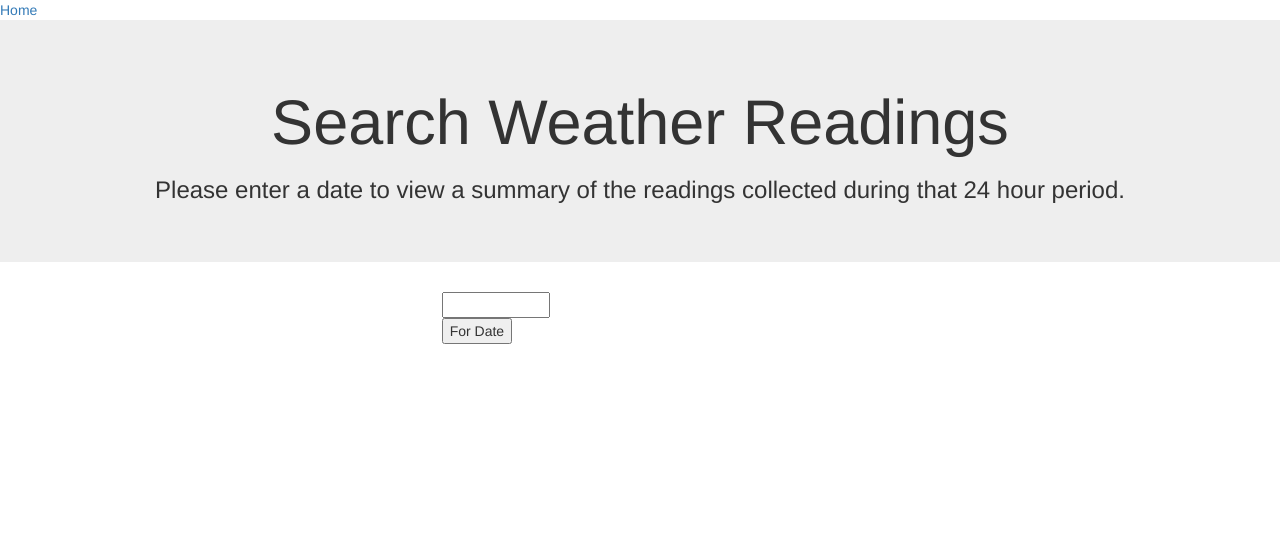
Repository: kralin27/ILC
Page: http://localhost/TESCWeather/WEB-INF/jsp/Search.jsp
The author's editor kept a copy of each file at every save. The page is drawn from the files as they stood at one save, then again after the next save.
The browser window is 1280 px wide. The pictures show the whole page.
The page is served by Tomcat 9. Nobody is signed in. Other server files are loaded and not shown. The template is opened directly, without the code that normally fills it, so the values that code supplies are empty.

Above is the page before, as saved 2016-12-13 02:33:59.

### TESCWeather/src/main/webapp/WEB-INF/jsp/Search.jsp
<%@ taglib prefix="c" uri="http://java.sun.com/jsp/jstl/core"%>
<%@ taglib prefix="spring" uri="http://www.springframework.org/tags"%>

<html>
<head lang="en">
     <head>
          <meta charset="utf-8">
          <meta http-equiv="X-UA-Compatible" content="IE=edge">
          <meta name="viewport" content="width=device-width, initial-scale=1">
    <title>Search</title>
        <link rel="stylesheet" href="https://maxcdn.bootstrapcdn.com/bootstrap/3.3.5/css/bootstrap.min.css">

</head>
<body>
		<a href=" <spring:url value="/" /> "> Home </a>

<div class="jumbotron">

                  <h1 align="center">Search Weather Readings</h2>
                  <h3 align="center">Please enter a date to view a summary of the readings collected during that 24 hour period.</h3>
</div>


<div class="col-md-4 col-md-offset-4">
	<form method="GET" action=" <spring:url value="/WeatherReadings/Date" />">
		<input type="text" name="date" size="10" >
		<p>
		<input type="submit" value="For Date">
	</form>

<%-- 	<form method="GET" action=" <spring:url value="/WeatherReadings/Measure/Rain" />"> --%>
<!-- 		<input type="submit" value="Rain"> -->
<!-- 	</form> -->

<%-- 	<form method="GET" action=" <spring:url value="/WeatherReadings/Measure/Wind" />"> --%>
<!-- 		<input type="submit" value="Wind"> -->
<!-- 	</form> -->

<%-- 	<form method="GET" action=" <spring:url value="/WeatherReadings/Measure/TempMin" />"> --%>
<!-- 		<input type="submit" value="Temp Min"> -->
<!-- 	</form> -->

<%-- 	<form method="GET" action=" <spring:url value="/WeatherReadings/Measure/TempMax" />"> --%>
<!-- 		<input type="submit" value="Temp Max"> -->
<!-- 	</form>   	 -->

</div>


</body>
</html>

After the next save:
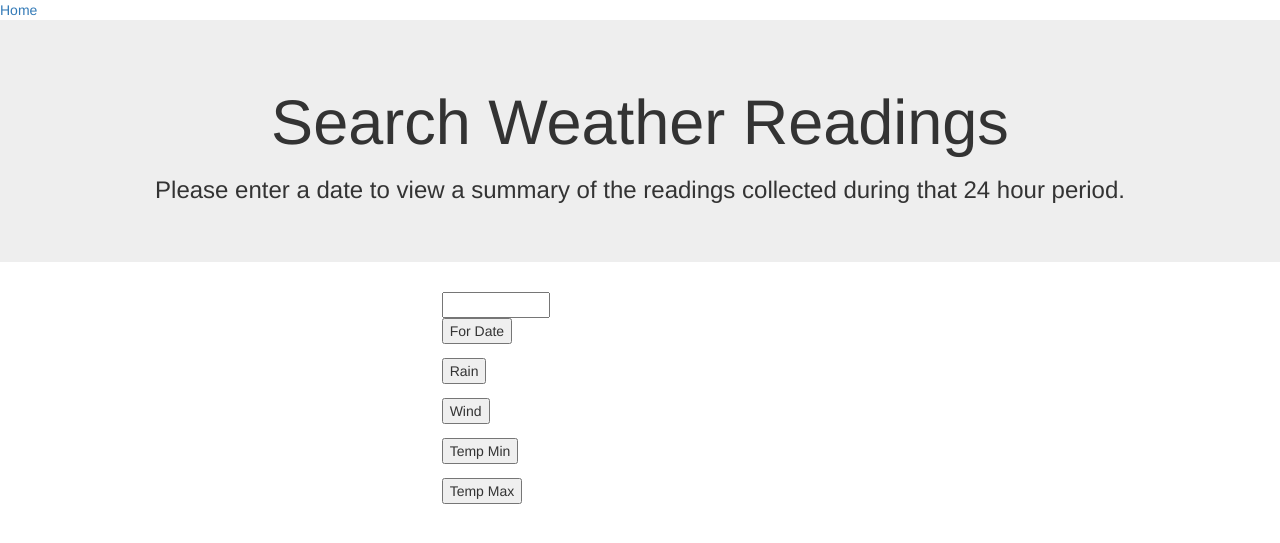
Saved 30 s later.
--- a/TESCWeather/src/main/webapp/WEB-INF/jsp/Search.jsp
+++ b/TESCWeather/src/main/webapp/WEB-INF/jsp/Search.jsp
@@ -28,21 +28,21 @@
 		<input type="submit" value="For Date">
 	</form>
 
-<%-- 	<form method="GET" action=" <spring:url value="/WeatherReadings/Measure/Rain" />"> --%>
-<!-- 		<input type="submit" value="Rain"> -->
-<!-- 	</form> -->
+	<form method="GET" action=" <spring:url value="/WeatherReadings/Measure/Rain" />">
+		<input type="submit" value="Rain">
+	</form>
 
-<%-- 	<form method="GET" action=" <spring:url value="/WeatherReadings/Measure/Wind" />"> --%>
-<!-- 		<input type="submit" value="Wind"> -->
-<!-- 	</form> -->
+	<form method="GET" action=" <spring:url value="/WeatherReadings/Measure/Wind" />">
+		<input type="submit" value="Wind">
+	</form>
 
-<%-- 	<form method="GET" action=" <spring:url value="/WeatherReadings/Measure/TempMin" />"> --%>
-<!-- 		<input type="submit" value="Temp Min"> -->
-<!-- 	</form> -->
+	<form method="GET" action=" <spring:url value="/WeatherReadings/Measure/TempMin" />">
+		<input type="submit" value="Temp Min">
+	</form>
 
-<%-- 	<form method="GET" action=" <spring:url value="/WeatherReadings/Measure/TempMax" />"> --%>
-<!-- 		<input type="submit" value="Temp Max"> -->
-<!-- 	</form>   	 -->
+	<form method="GET" action=" <spring:url value="/WeatherReadings/Measure/TempMax" />">
+		<input type="submit" value="Temp Max">
+	</form>
 
 </div>
 
